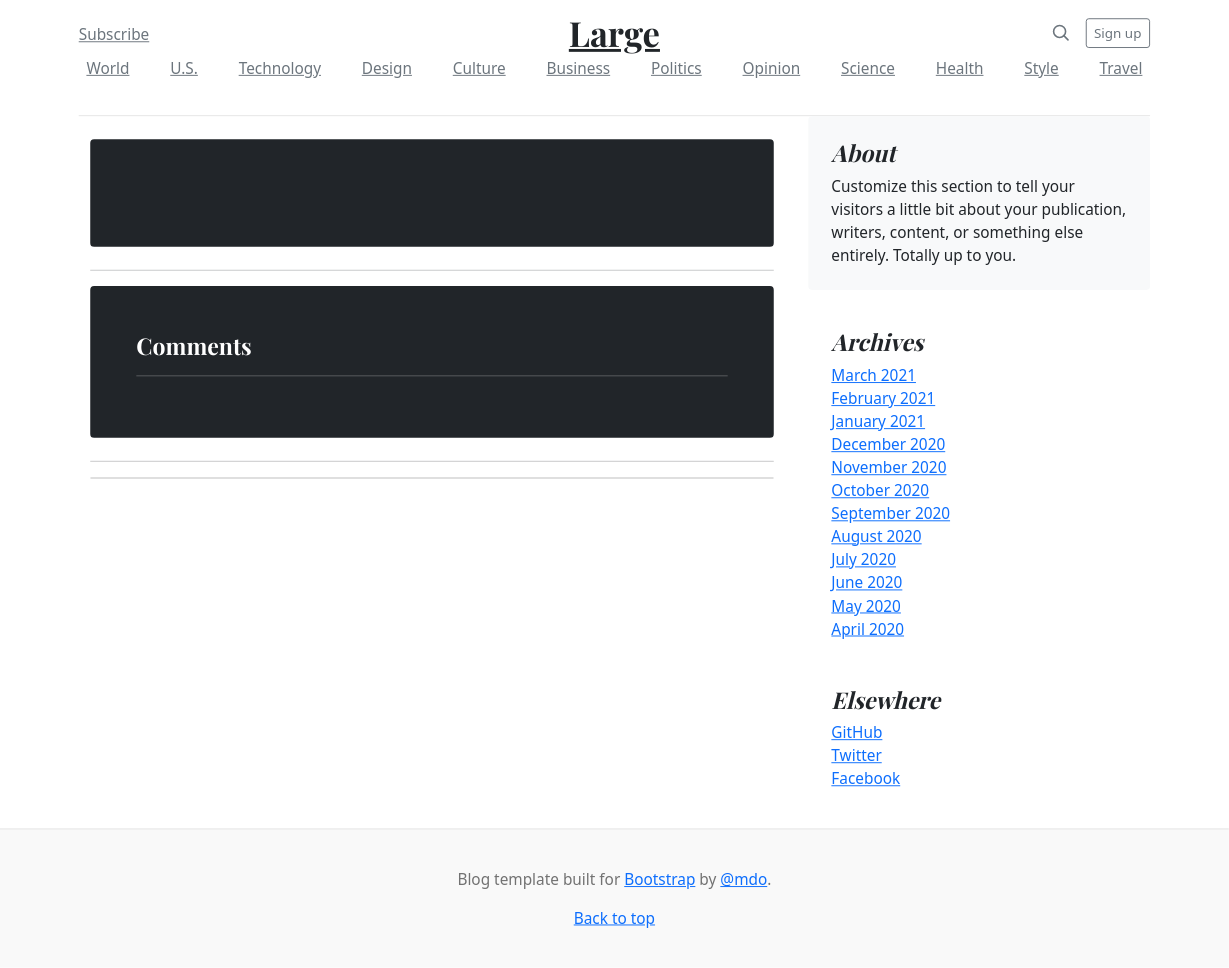
Repository: GarlicButterBoy/WEBD5201
Page: resources/views/posts/show.blade.php
The author's editor kept a copy of each file at every save. The page is drawn from the files as they stood at one save, then again after a run of saves.
The browser window is 1280 px wide. The pictures show the whole page, at 96% of full size.
The page is served by the project's Laravel application, run on PHP 8.4 with Laravel 8. Other server files are loaded and not shown. The template is opened directly, without the code that normally fills it, so the values that code supplies are empty.

Above is the page before, as saved 2021-09-21 17:42:08.

### routes/web.php
<?php

/*
|--------------------------------------------------------------------------
| Web Routes
|--------------------------------------------------------------------------
|
| Here is where you can register web routes for your application. These
| routes are loaded by the RouteServiceProvider within a group which
| contains the "web" middleware group. Now create something great!
|
*/
use App\Task;
use App\Post;

// Route::get('/tasks', function () {
//     $tasks = DB::table('tasks')->get();
//     $tasks = \App\Task::all();
//     return view('tasks.index', compact('tasks'));
// });
Route::get('/tasks', 'TasksController@index'); //Replaced -> //Route::get('/tasks', function () {});
Route::get('/tasks/{task}', 'TasksController@show'); //Replaced -> //Route::get('/tasks/{task}', function ($id) {});


Route::get('/', 'PostsController@index');
Route::get('/posts/create', 'PostsController@create');
Route::post('/posts', 'PostsController@store');
Route::get('/posts/{post}', 'PostsController@show'); //Replaced -> //Route::get('/tasks', function () {});

// Route::get('/', function () {
//     //$name = 'Laracasts';
//     $tasks = [
//      'Go to the store',
//      'Finish my screencast',
//      'Clean the house'];
//     //Lesson 5, 3 ways to pass data to view
//     //return view('welcome', ['tasks' => $tasks]);
//     return view('welcome', compact('tasks'));
//     //return view('welcome')->with('tasks', $tasks);
// });
Route::get('/about', function () {  return view('about'); });

/* Posts
 *
 * GET /posts
 * GET /posts/create
 *
 * POST /posts
 *
 * GET /posts/{id}/edit
 * GET /posts/{id}
 *
 * PATCH /posts/{id}
 *
 * DELETE /posts/{id}
 *
 */

### resources/views/posts/show.blade.php
@extends ('layouts.main')


@section ('content')
<div class="col-md-8 p-4 ">
    <div class="p-4 p-md-5 mb-4 text-white rounded bg-dark">
        <h1>{{ $post->title }}</h1>

        <p>{{ $post->body }}</p>
    </div>

    <hr>

    <div class="comments p-4 p-md-5 mb-4 text-white rounded bg-dark">
        <h4>Comments</h4>
        <hr>
        <ol>
        @foreach ($post->comments as $comment)
        <li>
        <article>
            <strong>{{ $comment->created_at->diffForHumans() }}:</strong>

            {{$comment->body}}
        </article>
        </li>
        @endforeach
        </ol>
    </div>
    <hr>
    <div class="card">
        <div class="card-block">
    <form action="POST">
        <div class="form-group">

        </div>
    </form>
        </div>
    </div>


</div>

@endsection

### resources/views/layouts/main.blade.php
<!doctype html>
<html lang="en">
  <head>
    <meta charset="utf-8">
    <meta name="viewport" content="width=device-width, initial-scale=1">
    <meta name="description" content="">
    <meta name="author" content="Mark Otto, Jacob Thornton, and Bootstrap contributors">
    <meta name="generator" content="Hugo 0.88.1">
    <title>Blog Template · Bootstrap v5.1</title>

    <link rel="canonical" href="https://getbootstrap.com/docs/5.1/examples/blog/">



    <!-- Bootstrap core CSS -->
    <link href="https://cdn.jsdelivr.net/npm/bootstrap@5.1.1/dist/css/bootstrap.min.css" rel="stylesheet" integrity="sha384-F3w7mX95PdgyTmZZMECAngseQB83DfGTowi0iMjiWaeVhAn4FJkqJByhZMI3AhiU" crossorigin="anonymous">

    <!-- Favicons -->
<link rel="apple-touch-icon" href="/docs/5.1/assets/img/favicons/apple-touch-icon.png" sizes="180x180">
<link rel="icon" href="/docs/5.1/assets/img/favicons/favicon-32x32.png" sizes="32x32" type="image/png">
<link rel="icon" href="/docs/5.1/assets/img/favicons/favicon-16x16.png" sizes="16x16" type="image/png">
<link rel="manifest" href="/docs/5.1/assets/img/favicons/manifest.json">
<link rel="mask-icon" href="/docs/5.1/assets/img/favicons/safari-pinned-tab.svg" color="#7952b3">
<link rel="icon" href="/docs/5.1/assets/img/favicons/favicon.ico">
<meta name="theme-color" content="#7952b3">


    <style>
      .bd-placeholder-img {
        font-size: 1.125rem;
        text-anchor: middle;
        -webkit-user-select: none;
        -moz-user-select: none;
        user-select: none;
      }

      @media (min-width: 768px) {
        .bd-placeholder-img-lg {
          font-size: 3.5rem;
        }
      }
    </style>


    <!-- Custom styles for this template -->
    <link href="https://fonts.googleapis.com/css?family=Playfair&#43;Display:700,900&amp;display=swap" rel="stylesheet">
    <!-- Custom styles for this template -->
    <link href="/css/blog.css" rel="stylesheet">
  </head>
  <body>

<div class="container">
  <header class="blog-header py-3">
    <div class="row flex-nowrap justify-content-between align-items-center">
      <div class="col-4 pt-1">
        <a class="link-secondary" href="#">Subscribe</a>
      </div>
      <div class="col-4 text-center">
        <a class="blog-header-logo text-dark" href="#">Large</a>
      </div>
      <div class="col-4 d-flex justify-content-end align-items-center">
        <a class="link-secondary" href="#" aria-label="Search">
          <svg xmlns="http://www.w3.org/2000/svg" width="20" height="20" fill="none" stroke="currentColor" stroke-linecap="round" stroke-linejoin="round" stroke-width="2" class="mx-3" role="img" viewBox="0 0 24 24"><title>Search</title><circle cx="10.5" cy="10.5" r="7.5"/><path d="M21 21l-5.2-5.2"/></svg>
        </a>
        <a class="btn btn-sm btn-outline-secondary" href="#">Sign up</a>
      </div>
    </div>


  @include ('layouts.nav')
  </header>


</div>

<div class="container">
  <div class="row">

    @yield ('content')

    @include ('layouts.sidebar')
    </div>

</main>
  </div>
</div>

@include ('layouts.footer')

  </body>
</html>

### resources/views/layouts/nav.blade.php
<div class="nav-scroller py-1 mb-2">
    <nav class="nav d-flex justify-content-between">
      <a class="p-2 link-secondary" href="#">World</a>
      <a class="p-2 link-secondary" href="#">U.S.</a>
      <a class="p-2 link-secondary" href="#">Technology</a>
      <a class="p-2 link-secondary" href="#">Design</a>
      <a class="p-2 link-secondary" href="#">Culture</a>
      <a class="p-2 link-secondary" href="#">Business</a>
      <a class="p-2 link-secondary" href="#">Politics</a>
      <a class="p-2 link-secondary" href="#">Opinion</a>
      <a class="p-2 link-secondary" href="#">Science</a>
      <a class="p-2 link-secondary" href="#">Health</a>
      <a class="p-2 link-secondary" href="#">Style</a>
      <a class="p-2 link-secondary" href="#">Travel</a>
    </nav>
</div>

### resources/views/layouts/sidebar.blade.php
<div class="col-md-4">
      <div class="position-sticky" style="top: 2rem;">
        <div class="p-4 mb-3 bg-light rounded">
          <h4 class="fst-italic">About</h4>
          <p class="mb-0">Customize this section to tell your visitors a little bit about your publication, writers, content, or something else entirely. Totally up to you.</p>
        </div>

        <div class="p-4">
          <h4 class="fst-italic">Archives</h4>
          <ol class="list-unstyled mb-0">
            <li><a href="#">March 2021</a></li>
            <li><a href="#">February 2021</a></li>
            <li><a href="#">January 2021</a></li>
            <li><a href="#">December 2020</a></li>
            <li><a href="#">November 2020</a></li>
            <li><a href="#">October 2020</a></li>
            <li><a href="#">September 2020</a></li>
            <li><a href="#">August 2020</a></li>
            <li><a href="#">July 2020</a></li>
            <li><a href="#">June 2020</a></li>
            <li><a href="#">May 2020</a></li>
            <li><a href="#">April 2020</a></li>
          </ol>
        </div>

        <div class="p-4">
          <h4 class="fst-italic">Elsewhere</h4>
          <ol class="list-unstyled">
            <li><a href="#">GitHub</a></li>
            <li><a href="#">Twitter</a></li>
            <li><a href="#">Facebook</a></li>
          </ol>
        </div>
      </div>
    </div>

### resources/views/layouts/footer.blade.php
<footer class="blog-footer">
  <p>Blog template built for <a href="https://getbootstrap.com/">Bootstrap</a> by <a href="https://twitter.com/mdo">@mdo</a>.</p>
  <p>
    <a href="#">Back to top</a>
  </p>
</footer>

### public/css/blog.css

  /* stylelint-disable selector-list-comma-newline-after */

.blog-header {
  line-height: 1;
  border-bottom: 1px solid #e5e5e5;
}

.blog-header-logo {
  font-family: "Playfair Display", Georgia, "Times New Roman", serif/*rtl:Amiri, Georgia, "Times New Roman", serif*/;
  font-size: 2.25rem;
}

.blog-header-logo:hover {
  text-decoration: none;
}

h1, h2, h3, h4, h5, h6 {
  font-family: "Playfair Display", Georgia, "Times New Roman", serif/*rtl:Amiri, Georgia, "Times New Roman", serif*/;
}

.display-4 {
  font-size: 2.5rem;
}
@media (min-width: 768px) {
  .display-4 {
    font-size: 3rem;
  }
}

.nav-scroller {
  position: relative;
  z-index: 2;
  height: 2.75rem;
  overflow-y: hidden;
}

.nav-scroller .nav {
  display: flex;
  flex-wrap: nowrap;
  padding-bottom: 1rem;
  margin-top: -1px;
  overflow-x: auto;
  text-align: center;
  white-space: nowrap;
  -webkit-overflow-scrolling: touch;
}

.nav-scroller .nav-link {
  padding-top: .75rem;
  padding-bottom: .75rem;
  font-size: .875rem;
}

.card-img-right {
  height: 100%;
  border-radius: 0 3px 3px 0;
}

.flex-auto {
  flex: 0 0 auto;
}

.h-250 { height: 250px; }
@media (min-width: 768px) {
  .h-md-250 { height: 250px; }
}

/* Pagination */
.blog-pagination {
  margin-bottom: 4rem;
}
.blog-pagination > .btn {
  border-radius: 2rem;
}

/*
 * Blog posts
 */
.blog-post {
  margin-bottom: 4rem;
}
.blog-post-title {
  margin-bottom: .25rem;
  font-size: 2.5rem;
}
.blog-post-meta {
  margin-bottom: 1.25rem;
  color: #727272;
}

/*
 * Footer
 */
.blog-footer {
  padding: 2.5rem 0;
  color: #727272;
  text-align: center;
  background-color: #f9f9f9;
  border-top: .05rem solid #e5e5e5;
}
.blog-footer p:last-child {
  margin-bottom: 0;
}

Loaded but not shown: app/Providers/AppServiceProvider.php (common file)

After the next 3 saves:
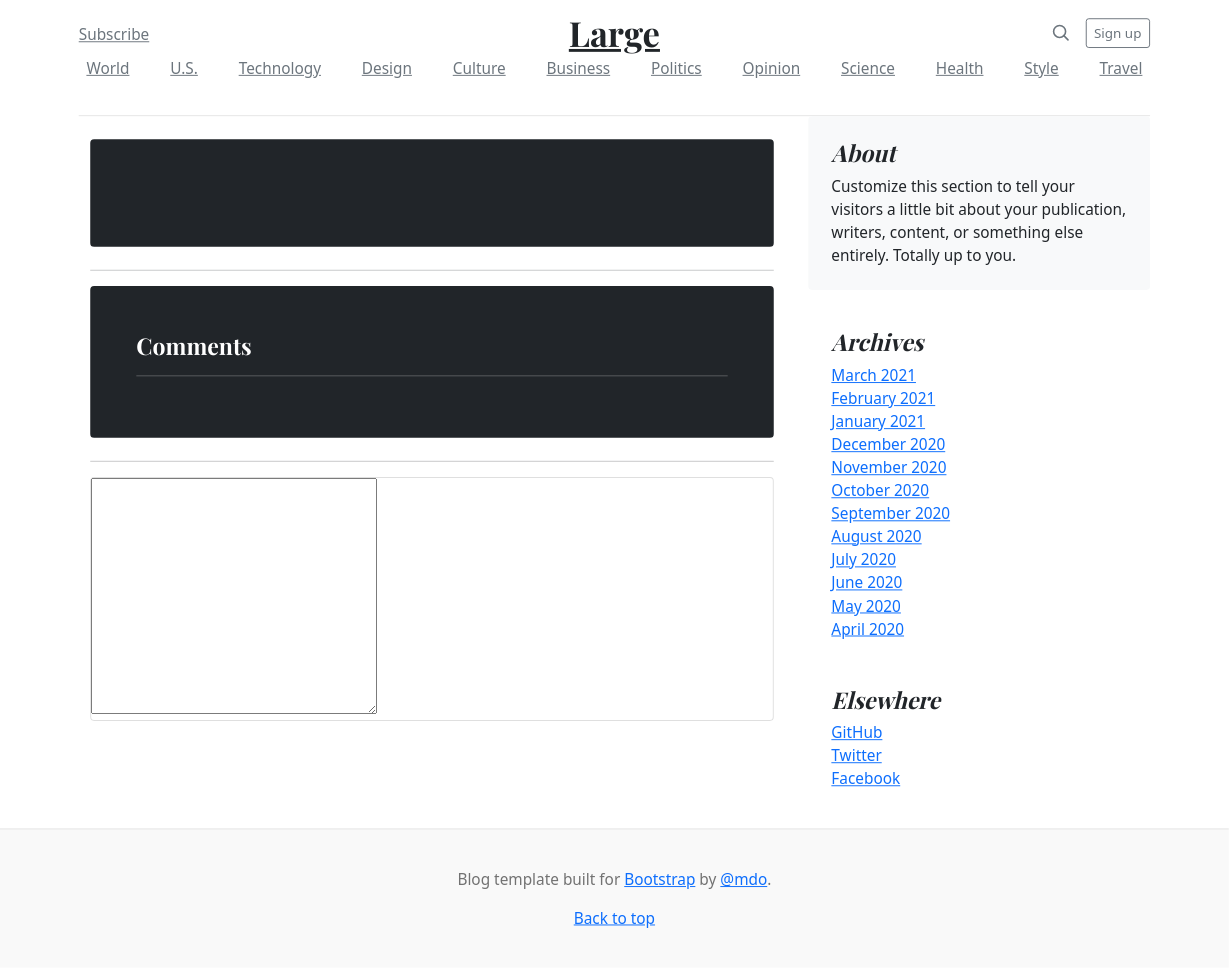
The 3 saves are shown as one change because they came seconds apart.
The last was saved 14 s later.
--- a/resources/views/posts/show.blade.php
+++ b/resources/views/posts/show.blade.php
@@ -31,7 +31,7 @@
         <div class="card-block">
     <form action="POST">
         <div class="form-group">
-
+            <textarea name="comment" id="comment" cols="30" rows="10"></textarea>
         </div>
     </form>
         </div>
